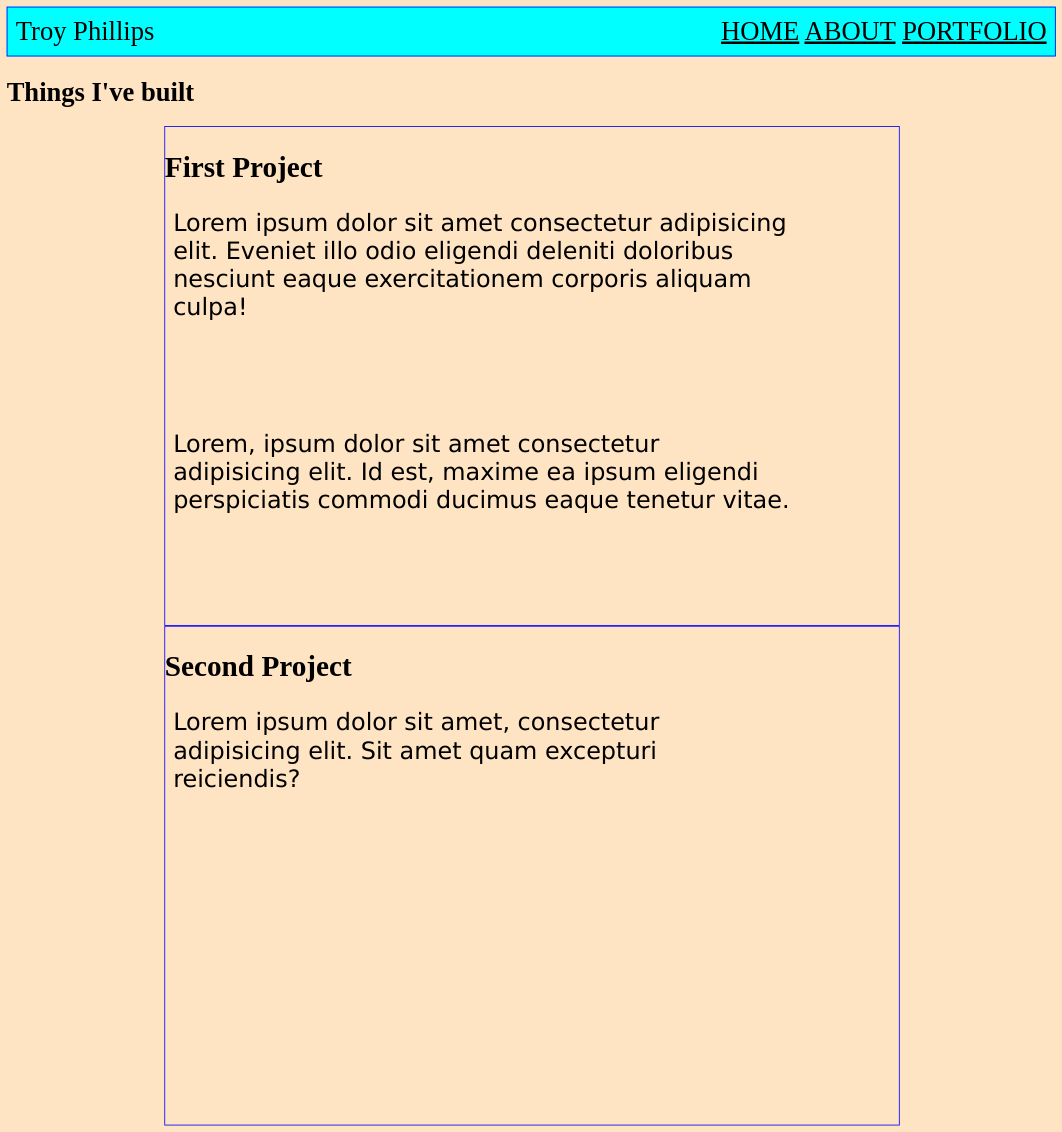
Repository: TheTroyPhillips/Personal-website
Page: portfolio.html
These files come from the project's save history. The page is drawn as it stood at one moment and after the next save; the edit follows.
The browser window is 1280 px wide. The pictures show the whole page, at 83% of full size.

Above is the page before, as saved 2023-09-10 22:39:34.

After the next save:
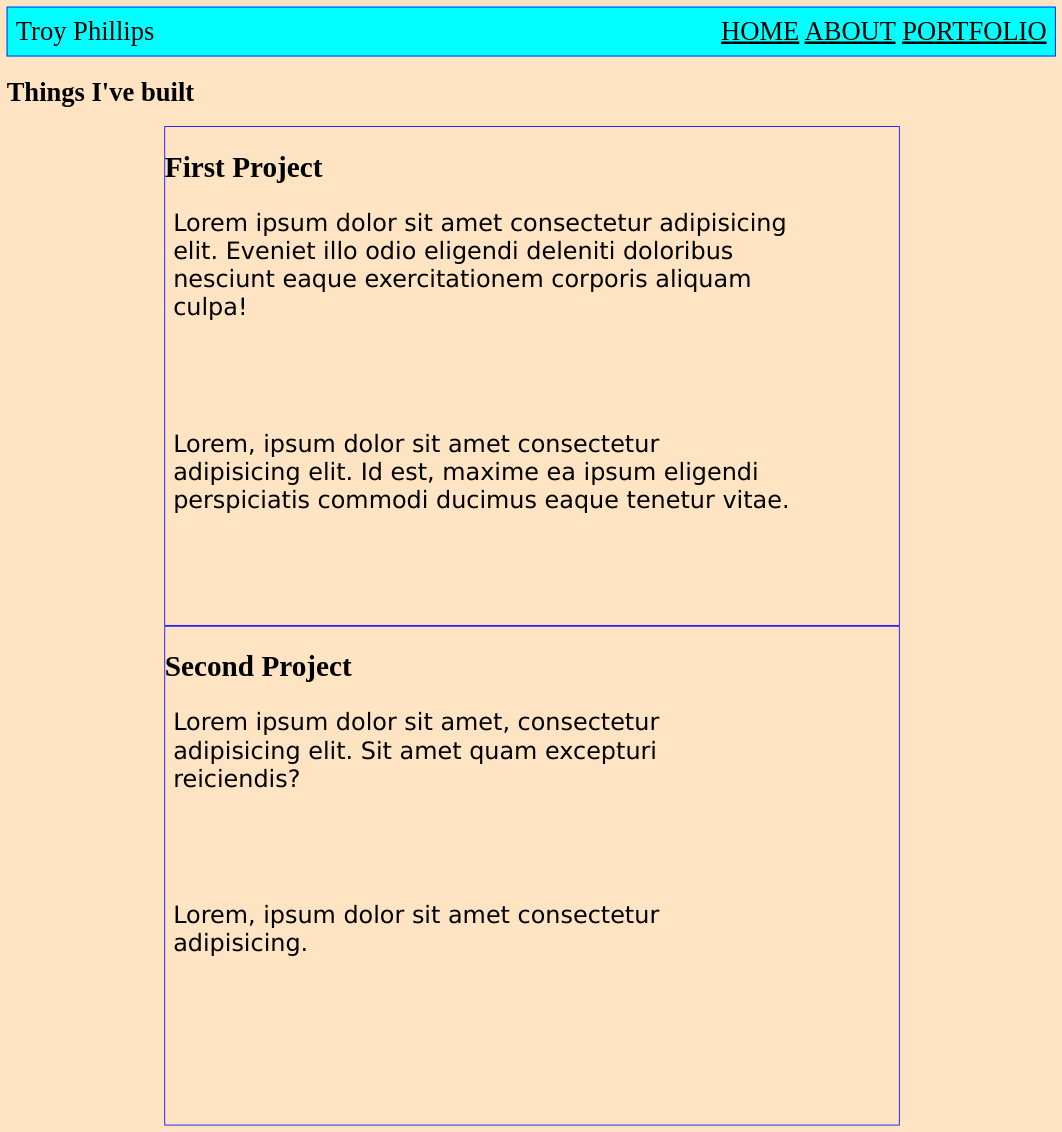
Saved 6 s later.
--- a/portfolio.html
+++ b/portfolio.html
@@ -28,5 +28,5 @@
             <h2 class="two">Second Project</h2>
             <p class="extra">Lorem ipsum dolor sit amet,
                  consectetur adipisicing elit. Sit amet quam excepturi reiciendis?</p>
-            <p class="extra"></p>
+            <p class="extra">Lorem, ipsum dolor sit amet consectetur adipisicing.</p>
         </div>
